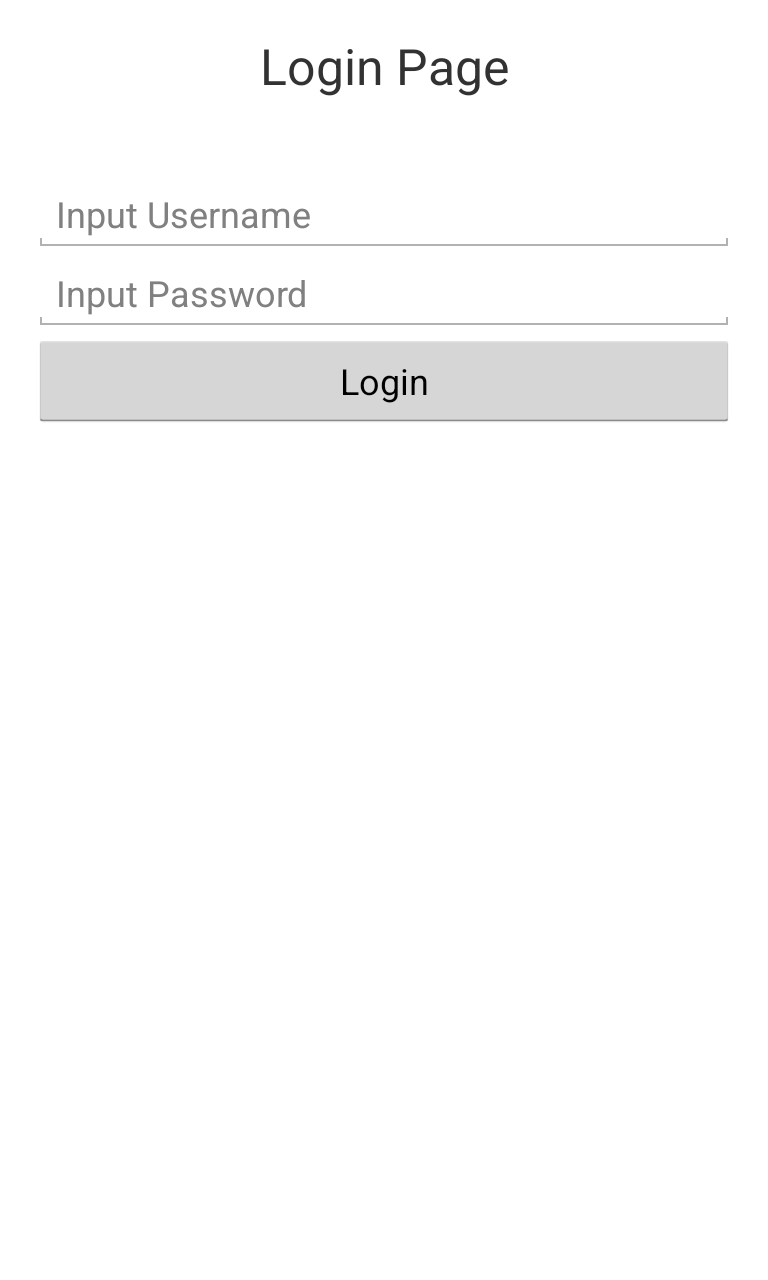
Repository: ikhsan-muhammad/mobile_programming
Layout: Kumpulan Project/Persiapan UAS/res/layout/activity_login.xml
An editor plug-in stored every save of this project. The layout is shown before and after the next save, followed by the edit.
It is drawn on a 768 x 1280 px phone screen (xhdpi) without system bars, with theme AppTheme; the app's code is not run.

Above is the layout before, as saved 2022-07-12 16:39:13.

### Kumpulan Project/Persiapan UAS/res/layout/activity_login.xml
<RelativeLayout xmlns:android="http://schemas.android.com/apk/res/android"
    xmlns:tools="http://schemas.android.com/tools"
    android:layout_width="match_parent"
    android:layout_height="match_parent"
    android:paddingBottom="@dimen/activity_vertical_margin"
    android:paddingLeft="@dimen/activity_horizontal_margin"
    android:paddingRight="@dimen/activity_horizontal_margin"
    android:paddingTop="@dimen/activity_vertical_margin"
    tools:context=".LoginActivity" >

    <LinearLayout
        android:layout_width="match_parent"
        android:layout_height="wrap_content"
        android:layout_alignParentLeft="true"
        android:orientation="vertical" >

        <TextView
            android:id="@+id/textView1"
            android:layout_width="match_parent"
            android:layout_height="wrap_content"
            android:gravity="center"
            android:text="Login Page"
            android:textSize="25sp" />

        <LinearLayout
            android:layout_width="match_parent"
            android:layout_height="wrap_content"
            android:orientation="vertical" >

            <TextView
                android:id="@+id/textView2"
                android:layout_width="match_parent"
                android:layout_height="wrap_content"
                android:text=" " />

            <TextView
                android:id="@+id/textView3"
                android:layout_width="match_parent"
                android:layout_height="wrap_content"
                android:text=" " />

            <LinearLayout
                android:layout_width="match_parent"
                android:layout_height="wrap_content"
                android:orientation="vertical" >

                <EditText
                    android:id="@+id/edit_username"
                    android:layout_width="match_parent"
                    android:layout_height="wrap_content"
                    android:ems="10"
                    android:hint="Input Username" />

                <EditText
                    android:id="@+id/edit_pass"
                    android:layout_width="match_parent"
                    android:layout_height="wrap_content"
                    android:ems="10"
                    android:hint="Input Password" />

                <LinearLayout
                    android:layout_width="match_parent"
                    android:layout_height="wrap_content"
                    android:orientation="vertical" >

                    <Button
                        android:id="@+id/btn_login"
                        android:layout_width="match_parent"
                        android:layout_height="wrap_content"
                        android:text="Login" />

                    <TextView
                        android:id="@+id/textView5"
                        android:layout_width="match_parent"
                        android:layout_height="wrap_content"
                        android:text=" " />

                    <TextView
                        android:id="@+id/txt_status"
                        android:layout_width="match_parent"
                        android:layout_height="wrap_content"
                        android:text=" "
                        android:textColor="#ff2800" />

                </LinearLayout>

            </LinearLayout>

        </LinearLayout>

    </LinearLayout>

</RelativeLayout>

Loaded but not shown: Kumpulan Project/Persiapan UAS/res/values/styles.xml (common file); Kumpulan Project/Persiapan UAS/res/values-v11/styles.xml (common file); Kumpulan Project/Persiapan UAS/res/values-v14/styles.xml (common file); Kumpulan Project/Persiapan UAS/res/values/dimens.xml (common file)

After the next save:
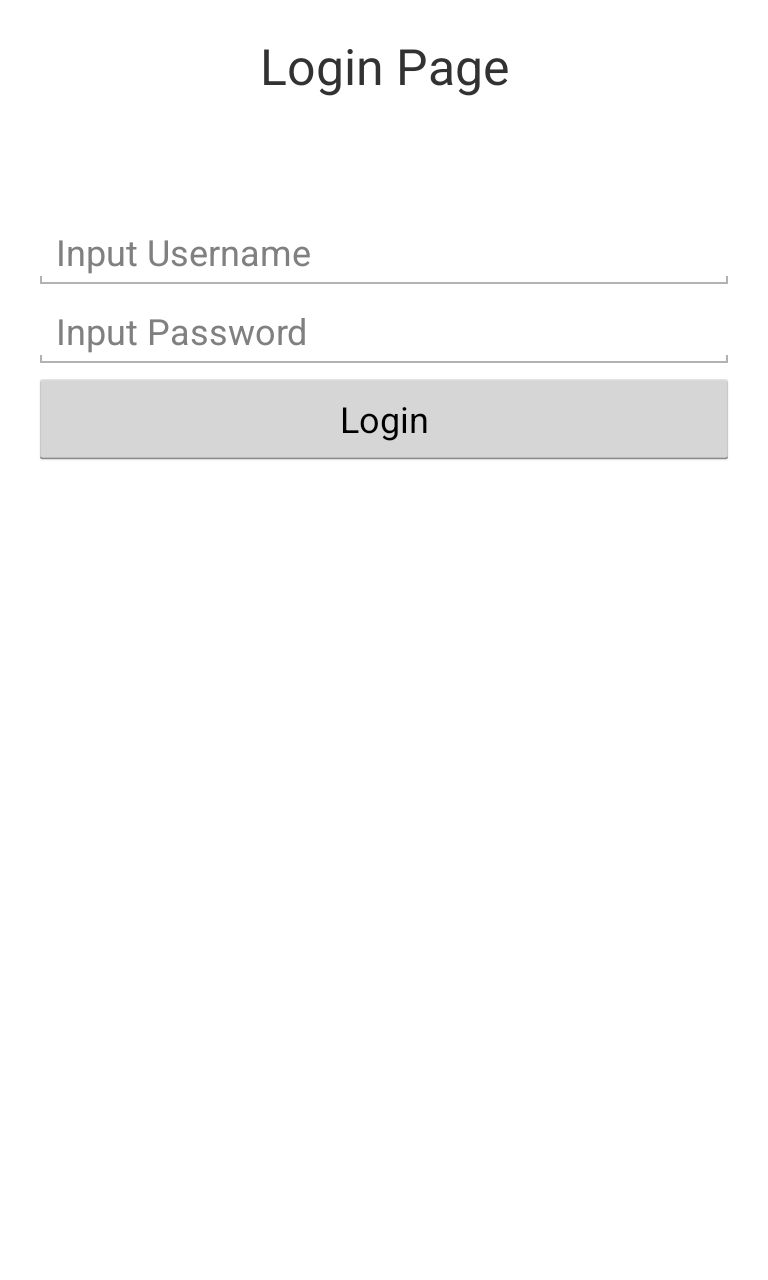
Saved 26 s later.
--- a/Kumpulan Project/Persiapan UAS/res/layout/activity_login.xml
+++ b/Kumpulan Project/Persiapan UAS/res/layout/activity_login.xml
@@ -32,6 +32,13 @@
                 android:layout_width="match_parent"
                 android:layout_height="wrap_content"
                 android:text=" " />
+
+            <TextView
+                android:id="@+id/txt_status"
+                android:layout_width="match_parent"
+                android:layout_height="wrap_content"
+                android:text=" "
+                android:textColor="#ff2800" />
 
             <TextView
                 android:id="@+id/textView3"
@@ -69,19 +76,6 @@
                         android:layout_height="wrap_content"
                         android:text="Login" />
 
-                    <TextView
-                        android:id="@+id/textView5"
-                        android:layout_width="match_parent"
-                        android:layout_height="wrap_content"
-                        android:text=" " />
-
-                    <TextView
-                        android:id="@+id/txt_status"
-                        android:layout_width="match_parent"
-                        android:layout_height="wrap_content"
-                        android:text=" "
-                        android:textColor="#ff2800" />
-
                 </LinearLayout>
 
             </LinearLayout>
